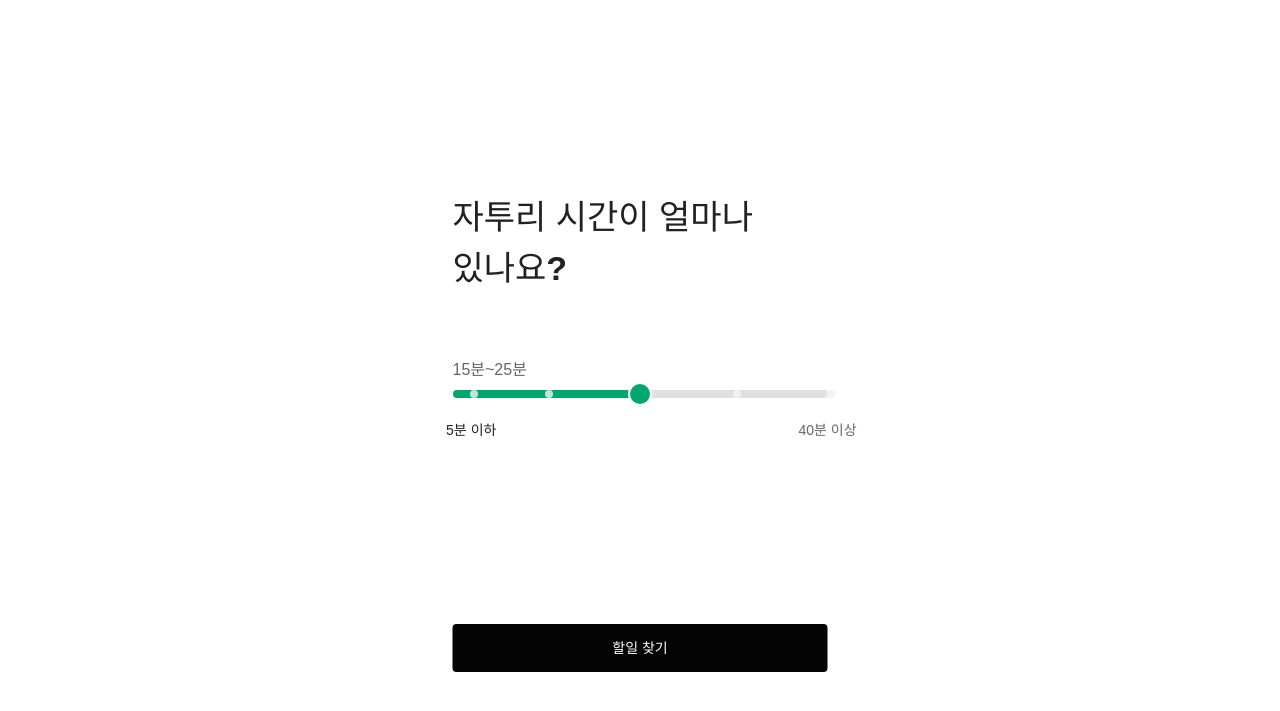
Repository: Tickley-Team/Tickley
Page: /survey
An editor plug-in stored every save of this project. The page is shown before and after the next save, followed by the edit.
The browser window is 1280 px wide. The pictures show the whole page.
The project was rebuilt for these pictures with package versions that can differ from the ones it lists, and the page was loaded fresh each time. Also part of the build but not shown: vite.config.ts, src/components/BottomNavbar.css, src/components/BottomNavbar.tsx, src/hooks/useLocalStorage.ts, src/stores/timeLeftStore.ts, src/utils.ts, src/components/BasicDialog.tsx, src/pages/Todos.tsx and 12 more.

Above is the page before, as saved 2024-12-09 17:21:29.

After the next save:
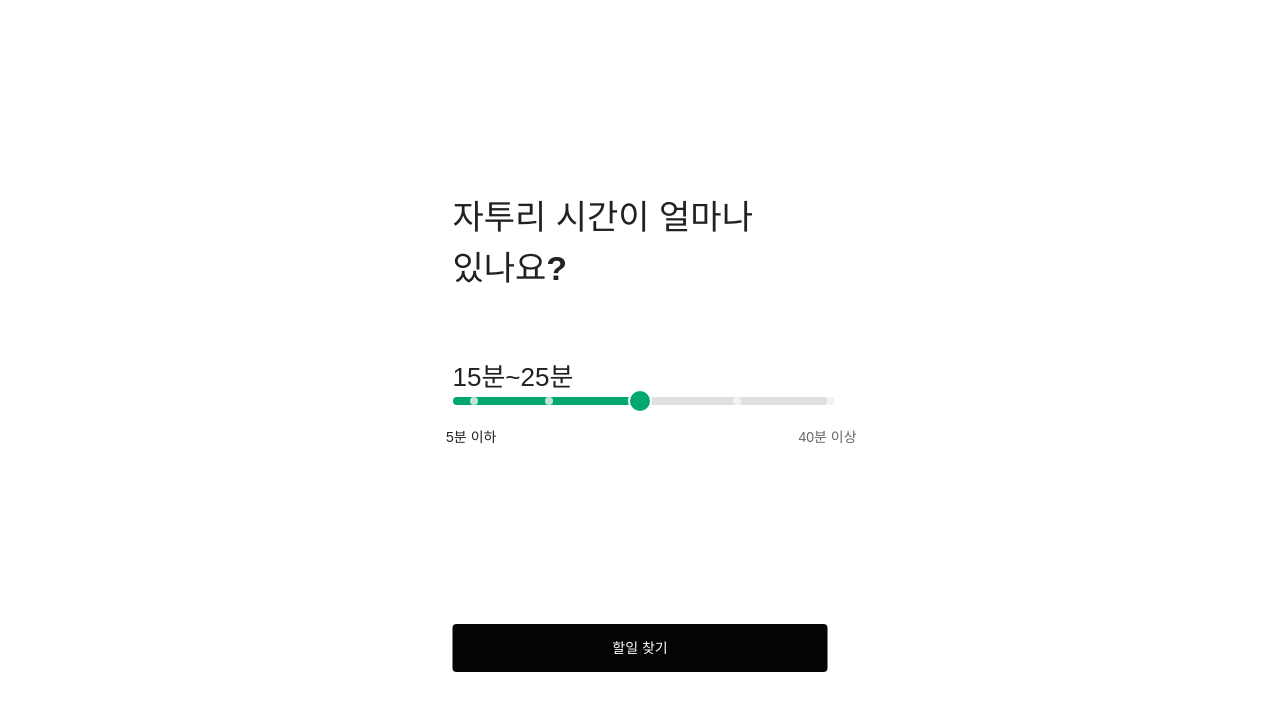
Saved 2 min 24 s later.
--- a/src/components/RangeSlider.tsx
+++ b/src/components/RangeSlider.tsx
@@ -26,7 +26,7 @@ export const RangeSlider = ({ ...restProps }: RangeSliderProps) => {
   }))
   return (
     <Box width={'100%'}>
-      <Typography sx={{ mb: 1, color: '#666666' }}>
+      <Typography variant="title-5-medium-26">
         {/* TODO: refactor 연산 */}
         {RangeMapper.find(({ time }) => time === spareTime)?.displayText}
       </Typography>
